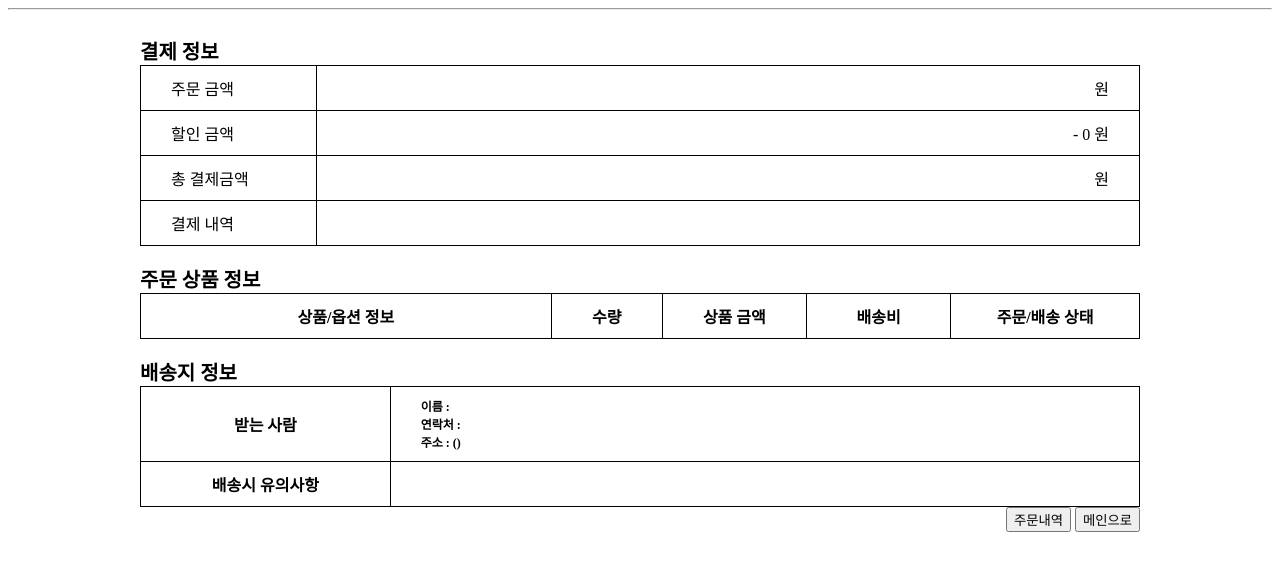
Repository: fellownew/project_workspace
Page: http://localhost/shoppingmall/WEB-INF/view/body/member/member_order_complete.jsp
An editor plug-in stored every save of this project. The page is shown before and after the next save, followed by the edit.
The browser window is 1280 px wide. The pictures show the whole page.
The page is served by Tomcat 9. Nobody is signed in. The template is opened directly, without the code that normally fills it, so the values that code supplies are empty.

Above is the page before, as saved 2015-06-16 04:25:25.

After the next save:
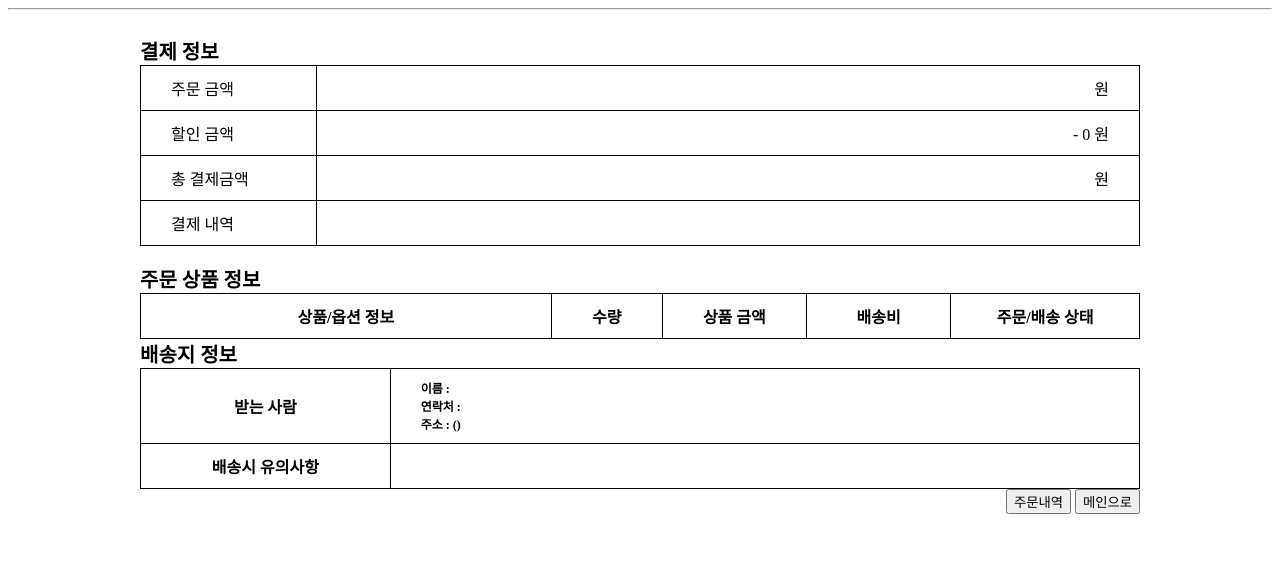
Saved 26 s later.
--- a/shoppingmall/WebContent/WEB-INF/view/body/member/member_order_complete.jsp
+++ b/shoppingmall/WebContent/WEB-INF/view/body/member/member_order_complete.jsp
@@ -132,7 +132,7 @@ function cfHistoryNoBack(){
 		<col width="25%">
 		<col width="75%">
 		</colgroup>
-		<caption style="text-align: left; font-weight: bold; font-size: 20px">배송지 정보</caption><br>
+		<caption style="text-align: left; font-weight: bold; font-size: 20px">배송지 정보</caption>
 			<tr>
 				<th style="width:120px; text-align:center" rowspan="1">받는 사람</th>
 				<th style="text-align:left">
